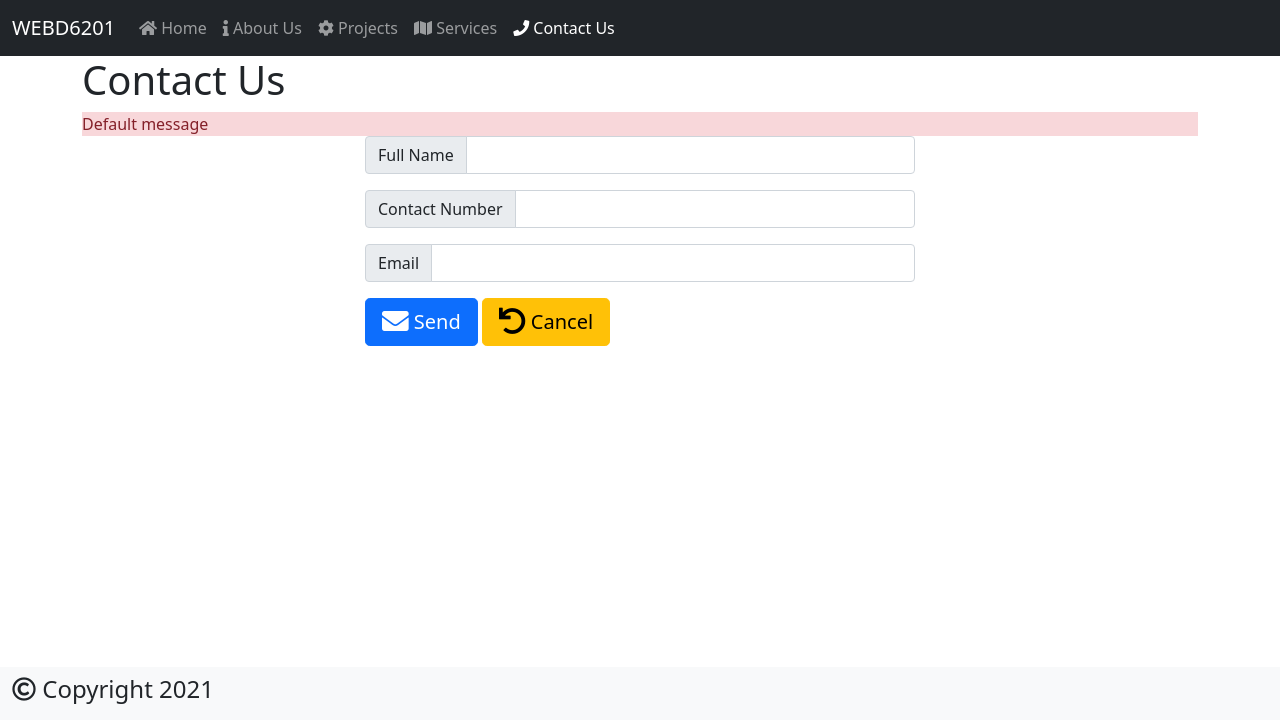
Repository: spencernewellevans/WEBD6201-ICE01
Page: contact.html
An editor plug-in stored every save of this project. The page is shown before and after the next save, followed by the edit.
The browser window is 1280 px wide. The pictures show the whole page.

Above is the page before, as saved 2021-01-22 21:46:43.
Console error: TypeError: document.getElementsById is not a function

After the next save:
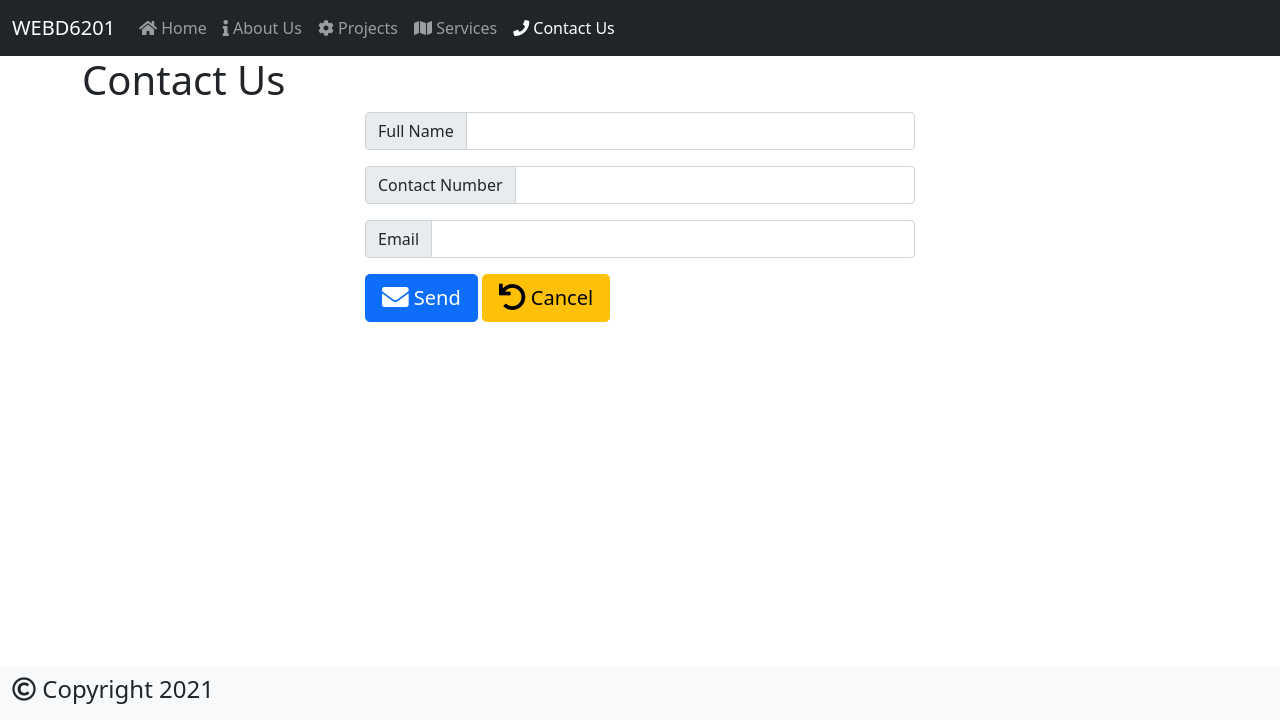
The error is gone.
Saved 15 s later.
--- a/scripts/app.js
+++ b/scripts/app.js
@@ -72,7 +72,7 @@
 
     function displayContact()
     {
-        let messageArea = document.getElementsById("messageArea");
+        let messageArea = document.getElementById("messageArea");
         messageArea.hidden = true;
 
         //form validation
